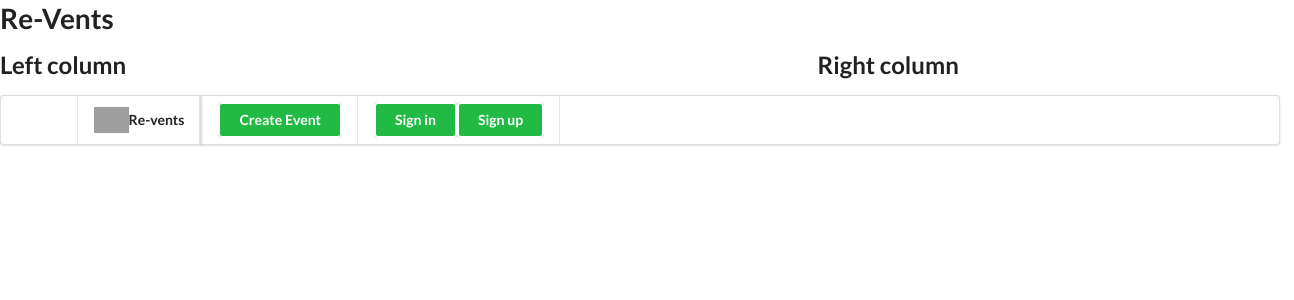
Repository: Preranabaruah/react-semantic-ui
Page: /
These files come from the project's save history. The page is drawn as it stood at one moment and after the next save; the edit follows.
The browser window is 1280 px wide. The page is 1294 px wide, so the pictures cover 1294 px, including what lies to the right of the window. The pictures show the whole page.
Pictures or frames that could not be fetched are drawn as grey boxes. The project was rebuilt for these pictures with package versions that can differ from the ones it lists, and the page was loaded fresh each time. Also part of the build but not shown: vite.config.ts.

Above is the page before, as saved 2023-09-08 13:11:08.

After the next save:
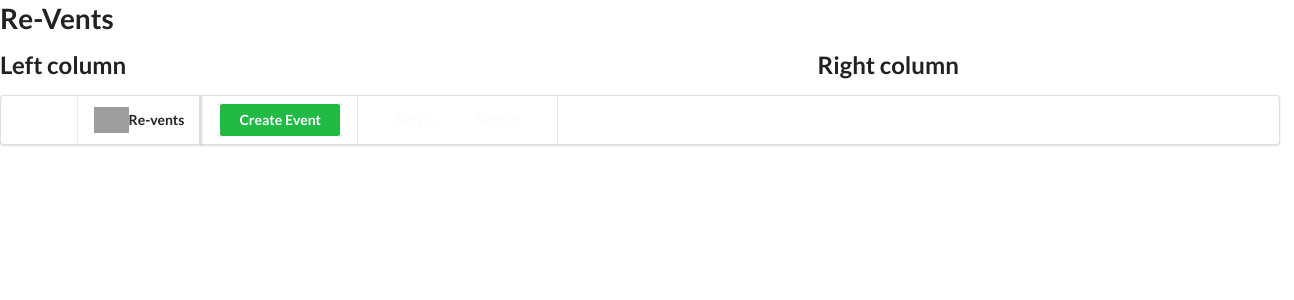
Saved 11 s later.
--- a/src/features/nav-bar/index.tsx
+++ b/src/features/nav-bar/index.tsx
@@ -14,8 +14,8 @@ const NavBar = () => {
             <Button positive inverted content="Create Event" />
           </Menu.Item>
           <Menu.Item>
-            <Button positive inverted content="Sign in" />
-            <Button positive inverted content="Sign up" />
+            <Button basic inverted content="Sign in" />
+            <Button basic inverted content="Sign up" />
           </Menu.Item>
         </Container>
       </Menu>
